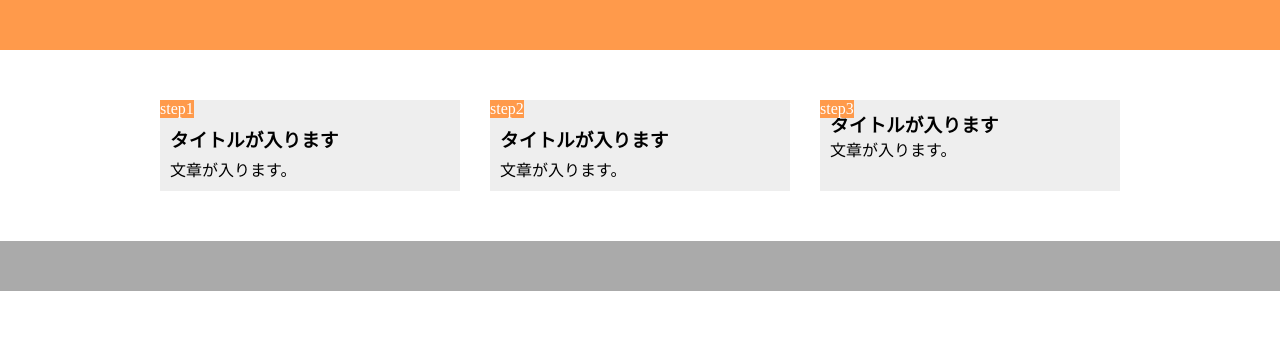
Repository: yofuu/caravan-chapter4
Page: chpter9/chapter10.html
The author's editor kept a record of every edit. The page is drawn from the files as they stood at one moment, then again after the next edit.
The browser window is 1280 px wide. The pictures show the whole page.

Above is the page before.

After the next edit:
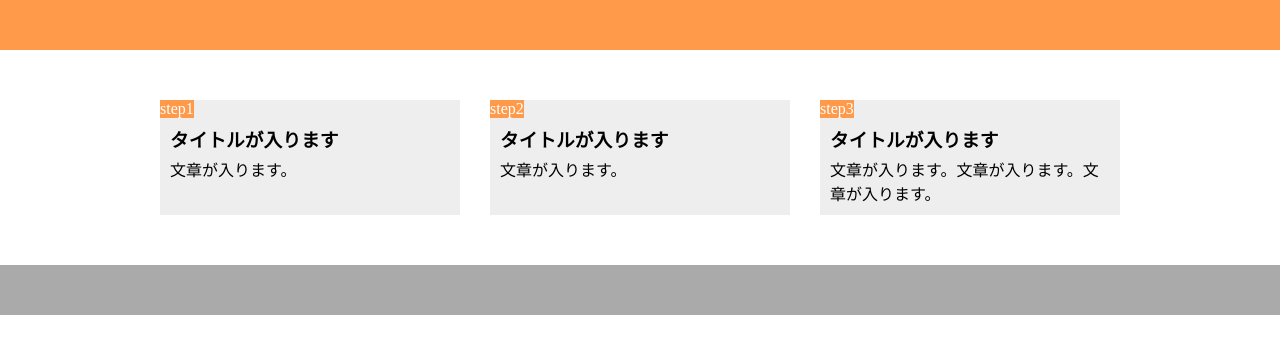
The edit:
--- a/chpter9/chapter10.html
+++ b/chpter9/chapter10.html
@@ -30,8 +30,8 @@
 
       <div class="step-box">
       <div class="blog-img3"></div>
-      <h3>タイトルが入ります</h3>
-      <p>文章が入ります。</p>
+      <h3 class="title">タイトルが入ります</h3>
+      <p>文章が入ります。文章が入ります。文章が入ります。</p>
       <div class="step-num">
         <p>step3</p>
       </div>
